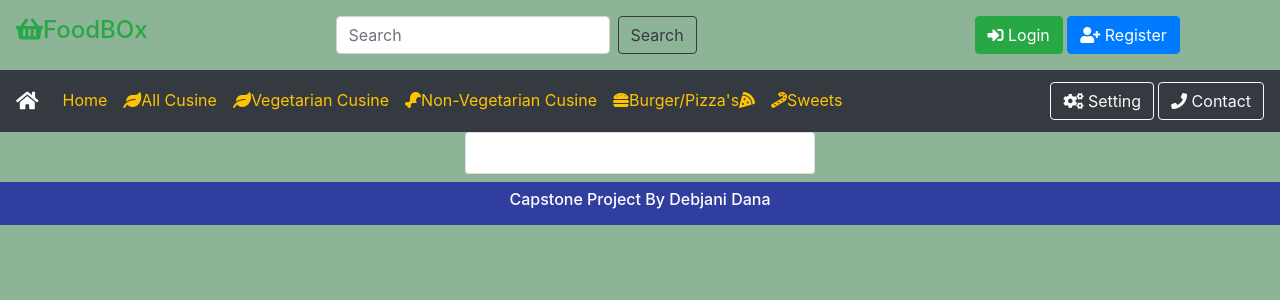
Repository: debjaniprofessional32/Capstone-Final-FoodBox-Delivery-Project
Page: http://localhost/OnlinFoodBOX/Edit_Profile.jsp
These files come from the project's save history. The page is drawn as it stood at one moment and after the next save; the edit follows.
The browser window is 1280 px wide. The pictures show the whole page.
Some web libraries are served in a nearby version. The page is served by Tomcat 9. Other server files are loaded and not shown.

Above is the page before, as saved 2022-12-23 11:14:49.

### OnlinFoodBOX/src/main/webapp/Edit_Profile.jsp
<%@ page language="java" contentType="text/html; charset=ISO-8859-1"
    pageEncoding="ISO-8859-1"%>
<!DOCTYPE html>
<html>
<head>
<meta charset="ISO-8859-1">
<title>Edit Profile</title>
<%@include file="all_Component/allCss.jsp"%>
</head>
<body style="background-color:#8DB496 ">
<%@include file="all_Component/navbar.jsp"%>

<div class="container">
<div class="row">
<div class="col-md-4 offset-md-4">
<div class="card">
<div class="card-body">



</div>



</div>


</div>




</div>




</div>


	<%@include file="all_Component/footer.jsp"%>

</body>
</html>

### OnlinFoodBOX/src/main/webapp/all_Component/allCss.jsp
<link rel="stylesheet"
	href="https://cdn.jsdelivr.net/npm/bootstrap@4.0.0/dist/css/bootstrap.min.css"
	integrity="sha384-Gn5384xqQ1aoWXA+058RXPxPg6fy4IWvTNh0E263XmFcJlSAwiGgFAW/dAiS6JXm"
	crossorigin="anonymous">
<script src="https://code.jquery.com/jquery-3.2.1.slim.min.js"
	integrity="sha384-KJ3o2DKtIkvYIK3UENzmM7KCkRr/rE9/Qpg6aAZGJwFDMVNA/GpGFF93hXpG5KkN"
	crossorigin="anonymous"></script>
<script
	src="https://cdn.jsdelivr.net/npm/popper.js@1.12.9/dist/umd/popper.min.js"
	integrity="sha384-ApNbgh9B+Y1QKtv3Rn7W3mgPxhU9K/ScQsAP7hUibX39j7fakFPskvXusvfa0b4Q"
	crossorigin="anonymous"></script>
<script
	src="https://cdn.jsdelivr.net/npm/bootstrap@4.0.0/dist/js/bootstrap.min.js"
	integrity="sha384-JZR6Spejh4U02d8jOt6vLEHfe/JQGiRRSQQxSfFWpi1MquVdAyjUar5+76PVCmYl"
	crossorigin="anonymous"></script>
<link rel="stylesheet"
	href="https://cdnjs.cloudflare.com/ajax/libs/font-awesome/5.15.3/css/all.min.css"
	integrity="sha512-iBBXm8fW90+nuLcSKlbmrPcLa0OT92xO1BIsZ+ywDWZCvqsWgccV3gFoRBv0z+8dLJgyAHIhR35VZc2oM/gI1w=="
	crossorigin="anonymous" referrerpolicy="no-referrer" />

### OnlinFoodBOX/src/main/webapp/all_Component/navbar.jsp
 <%@ taglib prefix="c" uri="http://java.sun.com/jsp/jstl/core" %>
 <%@ page isELIgnored = "false" %>
 <style type="text/css">
 .navbar {
     background: #000000
 }

 .nav-item::after {
     content: '';
     display: block;
     width: 0px;
     height: 2px;
     background: #fec400;
     transition: 0.4s
 }

 .nav-item:hover::after {
     width: 100%
 }

 .navbar-dark .navbar-nav .active>.nav-link,
 .navbar-dark .navbar-nav .nav-link.active,
 .navbar-dark .navbar-nav .nav-link.show,
 .navbar-dark .navbar-nav .show>.nav-link,
 .navbar-dark .navbar-nav .nav-link:focus,
 .navbar-dark .navbar-nav .nav-link:hover {
     color: #fec400
 }

 .nav-link {
     padding: 10px 5px;
     transition: 0.2s
 }

 body{
     background-color:grey;
 }
</style>
<div class="container-fluid p-3">
	<div class="row">

		<div class="col-md-3 text-success">

<h4><i class='fa fa-shopping-basket'></i>FoodBOx</h4>
		</div>

		<div class="col-md-6">
			<form class="form-inline my-2 my-lg-0">
				<input class="form-control mr-sm-2" type="search"
					placeholder="Search" aria-label="Search">
				<button class="btn btn-outline-dark my-2 my-sm-0" type="submit">Search</button>
			</form>
		</div>
		<c:if test="${not empty userobj}">
		<div class="col-md-3">
		    <a href="checkout.jsp" class="mt-6"><i class='fas fa-cart-plus fa-2x '></i></a>
			<a href="login.jsp" class="btn btn-success"><i class='fas fa-user-plus'></i>&nbsp;${userobj.name}</a>
			<a href="logout" class="btn btn-primary "><i class='fas fa-sign-in-alt'></i>&nbsp;Logout</a>
		</div>

		</c:if>
		<c:if test="${empty userobj}">
		<div class="col-md-3">
			<a href="login.jsp" class="btn btn-success"><i class='fas fa-sign-in-alt'></i>&nbsp;Login</a>
			<a href="rejister.jsp" class="btn btn-primary "><i class='fas fa-user-plus'></i>&nbsp;Register</a>
		</div>

		</c:if>

	</div>



</div>


<nav class="navbar navbar-expand-lg navbar-dark bg-dark">
  <a class="navbar-brand " href="#"><i class="fas fa-home"></i></a>
  <button class="navbar-toggler" type="button" data-toggle="collapse" data-target="#navbarSupportedContent" aria-controls="navbarSupportedContent" aria-expanded="false" aria-label="Toggle navigation">
    <span class="navbar-toggler-icon"></span>
  </button>

  <div class="collapse navbar-collapse" id="navbarSupportedContent">
    <ul class="navbar-nav mr-auto">
      <li class="nav-item active "><a class="nav-link " href="index.jsp">Home <span class="sr-only">(current)</span></a></li>
      <li class="nav-item active"><a class="nav-link" href="all_veg.jsp"><i class="fa fa-leaf"></i>All Cusine</a></li>
      <li class="nav-item active"><a class="nav-link" href="all_veg1.jsp"><i class="fa fa-leaf"></i>Vegetarian Cusine</a></li>
      <li class="nav-item active"><a class="nav-link " href="all_nonveg.jsp"><i class='fas fa-drumstick-bite'></i>Non-Vegetarian Cusine</a></li>
      <li class="nav-item active"><a class="nav-link " href="all_Bpizza.jsp"><i class='fas fa-hamburger'></i>Burger/Pizza's<i class='fas fa-pizza-slice'></i></a></li>
      <li class="nav-item active"><a class="nav-link " href="all_sweet.jsp"><i class='fas fa-candy-cane'></i>Sweets</a></li>
    </ul>
    <form class="form-inline my-2 my-lg-0">
     <a class="btn btn-outline-light my-2 my-sm-0" href="setting.jsp" class="outline-light"><i class='fa fa-cogs '></i>&nbsp;Setting</a>
      <button class="btn btn-outline-light my-2 my-sm-0 ml-1" type="submit"><i class='fa fa-phone'></i>&nbsp;Contact</button>
    </form>
  </div>
</nav>

### OnlinFoodBOX/src/main/webapp/all_Component/footer.jsp
<div class="container-fluid text-center text-white p-2 mt-2" style="background-color:#303f9f;">
<h6>Capstone Project By Debjani Dana</h6>

</div>

After the next save:
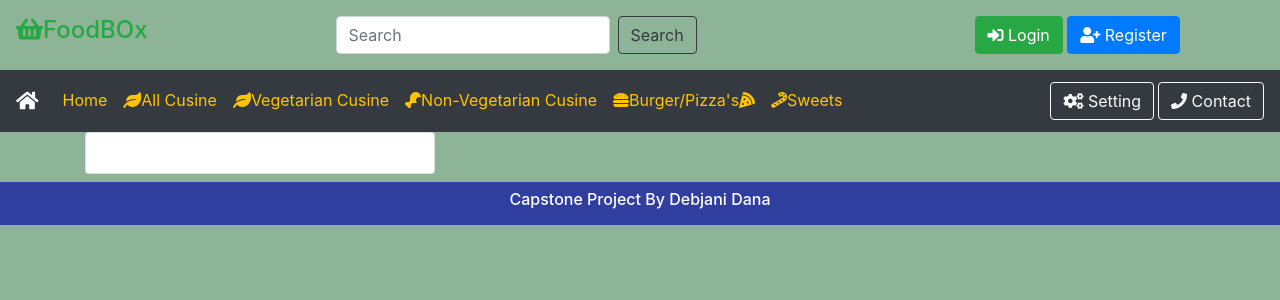
Saved 16 s later.
--- a/OnlinFoodBOX/src/main/webapp/Edit_Profile.jsp
+++ b/OnlinFoodBOX/src/main/webapp/Edit_Profile.jsp
@@ -12,7 +12,7 @@
 
 <div class="container">
 <div class="row">
-<div class="col-md-4 offset-md-4">
+<div class="col-md-4 ">
 <div class="card">
 <div class="card-body">
 

After the save that followed:
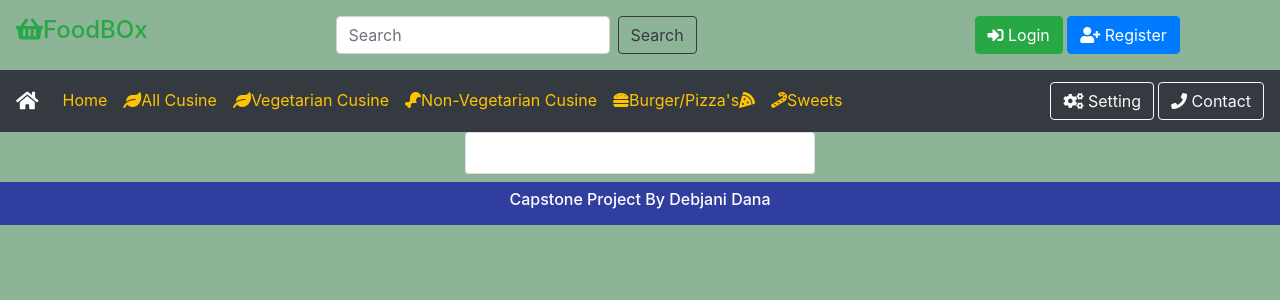
Saved 12 s later.
--- a/OnlinFoodBOX/src/main/webapp/Edit_Profile.jsp
+++ b/OnlinFoodBOX/src/main/webapp/Edit_Profile.jsp
@@ -12,7 +12,7 @@
 
 <div class="container">
 <div class="row">
-<div class="col-md-4 ">
+<div class="col-md-4 offset-md-4">
 <div class="card">
 <div class="card-body">
 
